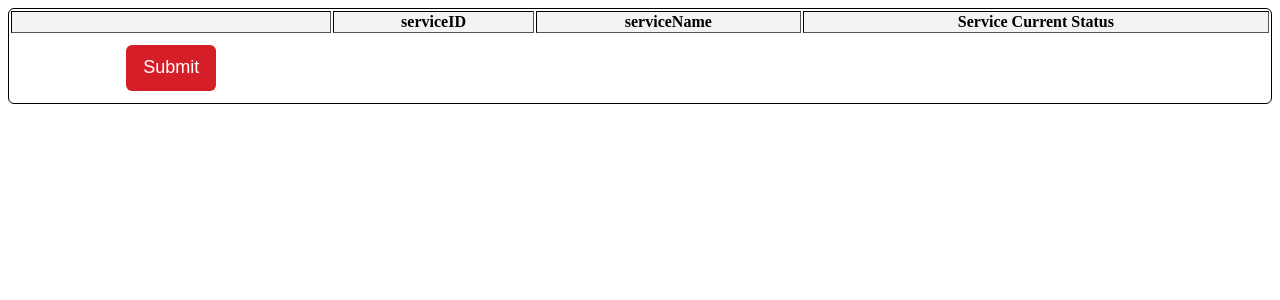
Repository: suma94/MyProjects
Page: http://localhost/SelfServiceSales/Display.jsp
An editor plug-in stored every save of this project. The page is shown before and after the next save, followed by the edit.
The browser window is 1280 px wide. The pictures show the whole page.
The page is served by Tomcat 9. Other server files are loaded and not shown.

Above is the page before, as saved 2015-08-26 04:40:50.

### SelfServiceSales/WebContent/Display.jsp
<%@ page language="java" contentType="text/html; charset=ISO-8859-1"
    pageEncoding="ISO-8859-1"%>
    <%@ taglib uri="http://java.sun.com/jsp/jstl/core" prefix="c" %>
<!DOCTYPE html PUBLIC "-//W3C//DTD HTML 4.01 Transitional//EN" "http://www.w3.org/TR/html4/loose.dtd">
<html>
<head>
<meta http-equiv="Content-Type" content="text/html; charset=ISO-8859-1">
<link rel="stylesheet" type="text/css" href="styles.css">
<title>Insert title here</title>

</head>
<body>
	<form action="SuspendComplete" method="post">
		<table class="vztable" border="1"  >
			<tr>
				<th><th>serviceID<th>serviceName<th>Service Current Status</th>
			</tr>
			<c:forEach var="e" items="${infols}">
			<tr>
				<td><input type="radio"  name="services" value="${e.service_id}"> </td>
				<td><c:out value="${e.service_id}"></c:out> </td>
				<td><c:out value="${e.service_name}"></c:out> </td>
				<td><c:out value="${e.service_current_status}"></c:out> </td>
			</tr>
			</c:forEach>
			<tr>
				<td><input type="submit" value="Submit" name="Suspend" class="vzbtn"></td>
			</tr>
		</table>
	</form>
</body>
</html>

### SelfServiceSales/WebContent/styles.css
.vz-standard-font
{
	font-family:arial;
}
.vzh1
{
	font-family:arial;
	font-style:bold;
	font-size:28px;
	color:#B00000;
}
.vzh2
{
	font-family:arial;
	font-style:bold;
	font-size:24px;
	color:#B00000;
}
.vzh3
{
	font-family:arial;
	font-style:bold;
	font-size:21.33px;
	color:#333333;
}
.vzh4
{
	font-family:arial;
	font-style:bold;
	font-size:18.66px;
	color:#333333;

}
.vzh5
{
	font-family:arial;
	font-style:bold;
	font-size:16px;
	color:#333333;
}
.vzh6
{
	font-family:arial;
	font-style:bold;
	font-size:14.66px;
	color:#333333;
}
.vzred
{
	color:#ED1C24;
}
.vzdarkgrey
{
	color:#595A5D;
}
.vzgrey
{
	color:#D2D3D4;
}
.vzlightgrey
{
	color:#ECEDEE;
}
.vzsecondary1
{
	color:rgb(115,185,176);
}
.vzsecondary2
{
	color:rgb(259,223,76);
}
.vzsecondary3
{
	color:rgb(74,154,77);
}.vzsecondary4
{
	color:rgb(46,103,178);
}
.vzsecondary5
{
	color:rgb(196,159,57);
}
.vzsecondary6
{
	color:rgb(210,102,159);
}
.vzsecondary7
{
	color:rgb(127,52,131);
}
.vzsecondary8
{
	color:rgb(49,149,169);
}
a.vzlink:link {
     font-family:Arial; color:#0066CC; text-decoration:underline;
}

/* visited link */
a.vzlink:visited {
  font-family:Arial; color:#990099; text-decoration:none;

}

/* mouse over link */
a .vzlink:hover {
   font-family:Arial; color:#0066CC; text-decoration:underline;
}

/* selected link */
a.vzlink:active {
font-family:Arial; color:#B00000; text-decoration:none;
}

.vzbtn {
  -webkit-border-radius: 6;
  -moz-border-radius: 6;
 padding: 10px 16px;
font-size: 18px;
line-height: 1.33333;
border-radius: 6px;
margin-bottom: 0px;
font-weight: 400;
text-align: center;
white-space: nowrap;
vertical-align: middle;
cursor: pointer;
-moz-user-select: none;
background-image: none;
border: 1px solid transparent;

  font-family: Arial;
  color: #ffffff;

  background: #d51e27;

  text-decoration: none;
}
.vzbtn:focus {outline:0;}

.vzbtn:hover {
  text-decoration: none;
}
.vzbtnsmall {
  -webkit-border-radius: 3;
  -moz-border-radius: 3;
  padding: 5px 10px;
    padding-top: 5px;
    padding-right: 10px;
    padding-bottom: 5px;
    padding-left: 10px;
font-size: 12px;
line-height: 1.5;
border-radius: 3px;
display: inline-block;
margin-bottom: 0px;
font-weight: 400;
text-align: center;
white-space: nowrap;
vertical-align: middle;
cursor: pointer;
-moz-user-select: none;
background-image: none;
border: 1px solid transparent;

  font-family: Arial;
  color: #ffffff;

  background: #d51e27;

  text-decoration: none;
}
.vzbtnsmall:focus {outline:0;}

.vzbtnsmall:hover {
  text-decoration: none;
}
.vzbtnmedium {
	padding: 6px 12px;
margin-bottom: 0px;
font-size: 14px;
font-weight: 400;
line-height: 1.42857;
text-align: center;
white-space: nowrap;
vertical-align: middle;
cursor: pointer;
-moz-user-select: none;
background-image: none;
border: 1px solid transparent;
border-radius: 4px;
  -webkit-border-radius: 4;
  -moz-border-radius: 4;



  font-family: Arial;
  color: #ffffff;

  background: #d51e27;

  text-decoration: none;
}
.vzbtnmedium:focus {outline:0;}

.vzbtnmedium:hover {
  text-decoration: none;
}
.vzbtnxsmall {
	padding: 1px 5px;
    padding-top: 1px;
    padding-right: 5px;
    padding-bottom: 1px;
    padding-left: 5px;
font-size: 12px;
line-height: 1.5;
border-radius: 3px;
	display: inline-block;
margin-bottom: 0px;
font-weight: 400;
text-align: center;
white-space: nowrap;
vertical-align: middle;
cursor: pointer;
-moz-user-select: none;
background-image: none;
border: 1px solid transparent;

border-radius: 3px;
  -webkit-border-radius: 3;
  -moz-border-radius: 3;



  font-family: Arial;
  color: #ffffff;

  background: #d51e27;

  text-decoration: none;
}
.vzbtnxsmall:focus {outline:0;}

.vzbtnxsmall:hover {
  text-decoration: none;
}
.vzbtn1{
  -webkit-border-radius: 6;
  -moz-border-radius: 6;
 padding: 10px 16px;
font-size: 18px;
line-height: 1.33333;
border-radius: 6px;
margin-bottom: 0px;
font-weight: 400;
text-align: center;
white-space: nowrap;
vertical-align: middle;
cursor: pointer;
-moz-user-select: none;
background-image: none;
border: 1px solid transparent;

  font-family: Arial;
  color: #ffffff;

  background: #464a4f;

  text-decoration: none;
}
.vzbtn1:focus {outline:0;}

.vzbtn1:hover {
  text-decoration: none;
}
.vzbtn1small {
  -webkit-border-radius: 3;
  -moz-border-radius: 3;
  padding: 5px 10px;
    padding-top: 5px;
    padding-right: 10px;
    padding-bottom: 5px;
    padding-left: 10px;
font-size: 12px;
line-height: 1.5;
border-radius: 3px;
display: inline-block;
margin-bottom: 0px;
font-weight: 400;
text-align: center;
white-space: nowrap;
vertical-align: middle;
cursor: pointer;
-moz-user-select: none;
background-image: none;
border: 1px solid transparent;

  font-family: Arial;
  color: #ffffff;

  background: #464a4f;

  text-decoration: none;
}
.vzbtn1small:focus {outline:0;}

.vzbtn1small:hover {
  text-decoration: none;
}
.vzbtn1medium {
	padding: 6px 12px;
margin-bottom: 0px;
font-size: 14px;
font-weight: 400;
line-height: 1.42857;
text-align: center;
white-space: nowrap;
vertical-align: middle;
cursor: pointer;
-moz-user-select: none;
background-image: none;
border: 1px solid transparent;
border-radius: 4px;
  -webkit-border-radius: 4;
  -moz-border-radius: 4;



  font-family: Arial;
  color: #ffffff;

  background: #464a4f;

  text-decoration: none;
}
.vzbtn1medium:focus {outline:0;}

.vzbtn1medium:hover {
  text-decoration: none;
}
.vzbtn1xsmall {
	padding: 1px 5px;
    padding-top: 1px;
    padding-right: 5px;
    padding-bottom: 1px;
    padding-left: 5px;
font-size: 12px;
line-height: 1.5;
border-radius: 3px;
	display: inline-block;
margin-bottom: 0px;
font-weight: 400;
text-align: center;
white-space: nowrap;
vertical-align: middle;
cursor: pointer;
-moz-user-select: none;
background-image: none;
border: 1px solid transparent;

border-radius: 3px;
  -webkit-border-radius: 3;
  -moz-border-radius: 3;



  font-family: Arial;
  color: #ffffff;

  background: #464a4f;

  text-decoration: none;
}
.vzbtn1xsmall:focus {outline:0;}

.vzbtnx1small:hover {
  text-decoration: none;
}


.vzbtn2{
  -webkit-border-radius: 7;
  -moz-border-radius: 7;
  border-radius: 7px;

  font-family: Arial;
  color: #818181;
  font-size: 14px;
  background: #e3e6e5;
  padding: 10px 20px 10px 20px;
  text-decoration: none;
}
.vzbtn2:focus {outline:0;}
.vzbtn2:hover {
  text-decoration: none;
}
.vzbtn2{
  -webkit-border-radius: 6;
  -moz-border-radius: 6;
 padding: 10px 16px;
font-size: 18px;
line-height: 1.33333;
border-radius: 6px;
margin-bottom: 0px;
font-weight: 400;
text-align: center;
white-space: nowrap;
vertical-align: middle;
cursor: pointer;
-moz-user-select: none;
background-image: none;
border: 1px solid transparent;

  font-family: Arial;
  color: #ffffff;

  background: #e3e6e5;

  text-decoration: none;
}
.vzbtn2:focus {outline:0;}

.vzbtn2:hover {
  text-decoration: none;
}
.vzbtn2small {
  -webkit-border-radius: 3;
  -moz-border-radius: 3;
  padding: 5px 10px;
    padding-top: 5px;
    padding-right: 10px;
    padding-bottom: 5px;
    padding-left: 10px;
font-size: 12px;
line-height: 1.5;
border-radius: 3px;
display: inline-block;
margin-bottom: 0px;
font-weight: 400;
text-align: center;
white-space: nowrap;
vertical-align: middle;
cursor: pointer;
-moz-user-select: none;
background-image: none;
border: 1px solid transparent;

  font-family: Arial;
  color: #ffffff;

  background: #e3e6e5;

  text-decoration: none;
}
.vzbtn2small:focus {outline:0;}

.vzbtn2small:hover {
  text-decoration: none;
}
.vzbtn2medium {
	padding: 6px 12px;
margin-bottom: 0px;
font-size: 14px;
font-weight: 400;
line-height: 1.42857;
text-align: center;
white-space: nowrap;
vertical-align: middle;
cursor: pointer;
-moz-user-select: none;
background-image: none;
border: 1px solid transparent;
border-radius: 4px;
  -webkit-border-radius: 4;
  -moz-border-radius: 4;



  font-family: Arial;
  color: #ffffff;

  background: #e3e6e5;

  text-decoration: none;
}
.vzbtn2medium:focus {outline:0;}

.vzbtn2medium:hover {
  text-decoration: none;
}
.vzbtn2xsmall {
	padding: 1px 5px;
    padding-top: 1px;
    padding-right: 5px;
    padding-bottom: 1px;
    padding-left: 5px;
font-size: 12px;
line-height: 1.5;
border-radius: 3px;
	display: inline-block;
margin-bottom: 0px;
font-weight: 400;
text-align: center;
white-space: nowrap;
vertical-align: middle;
cursor: pointer;
-moz-user-select: none;
background-image: none;
border: 1px solid transparent;

border-radius: 3px;
  -webkit-border-radius: 3;
  -moz-border-radius: 3;



  font-family: Arial;
  color: #ffffff;

  background: #e3e6e5;

  text-decoration: none;
}
.vzbtn2xsmall:focus {outline:0;}

.vzbtnx2small:hover {
  text-decoration: none;
}

.vztext {
  display: inline-block;
  -webkit-box-sizing: content-box;
  -moz-box-sizing: content-box;
  box-sizing: content-box;
  padding: 10px 20px;
  border: 1px solid #b7b7b7;
  -webkit-border-radius: 3px;
  border-radius: 3px;
  font: normal 14px/normal Arial, Helvetica, sans-serif;
  color: rgba(40,40,40,1);
  -o-text-overflow: clip;
  text-overflow: clip;
  background: #ecf0f1;
  -webkit-box-shadow: 2px 2px 2px 0 rgba(0,0,0,0.2) inset;
  box-shadow: 2px 2px 2px 0 rgba(0,0,0,0.2) inset;
  text-shadow: 1px 1px 0 rgba(255,255,255,0.66) ;
  -webkit-transition: all 200ms cubic-bezier(0.42, 0, 0.58, 1);
  -moz-transition: all 200ms cubic-bezier(0.42, 0, 0.58, 1);
  -o-transition: all 200ms cubic-bezier(0.42, 0, 0.58, 1);
  transition: all 200ms cubic-bezier(0.42, 0, 0.58, 1);
}

.vztextarea
{

background:#ecf0f1;
color: rgba(40,40,40,1);
border:1px solid #DCDCDC;
border-radius:2px ;
font-size:12px ;
width: 222px ;
padding: 2px ;
box-shadow: 2px 2px 2px 0 rgba(0,0,0,0.2) inset;
-webkit-box-shadow: -2px 0px 8px #DCDCDC;
-moz-box-shadow: -2px 0px 8px #DCDCDC;
}
.vztextarea:focus, input:focus{
    outline: 0;
}
.vztable {
	margin:0px;padding:0px;
	width:100%;
	border:1px solid #000000;

	-moz-border-radius-bottomleft:6px;
	-webkit-border-bottom-left-radius:6px;
	border-bottom-left-radius:6px;

	-moz-border-radius-bottomright:6px;
	-webkit-border-bottom-right-radius:6px;
	border-bottom-right-radius:6px;

	-moz-border-radius-topright:6px;
	-webkit-border-top-right-radius:6px;
	border-top-right-radius:6px;

	-moz-border-radius-topleft:6px;
	-webkit-border-top-left-radius:6px;
	border-top-left-radius:6px;
}.vztable table{
    border-collapse: collapse;
        border-spacing: 0;
	width:100%;
	height:100%;
	margin:0px;padding:0px;
}.vztable tr:last-child td:last-child {
	-moz-border-radius-bottomright:6px;
	-webkit-border-bottom-right-radius:6px;
	border-bottom-right-radius:6px;
}
.vztable table tr:first-child td:first-child {
	-moz-border-radius-topleft:6px;
	-webkit-border-top-left-radius:6px;
	border-top-left-radius:6px;
}
.vztable table tr:first-child td:last-child {
	-moz-border-radius-topright:6px;
	-webkit-border-top-right-radius:6px;
	border-top-right-radius:6px;
}.vztable tr:last-child td:first-child{
	-moz-border-radius-bottomleft:6px;
	-webkit-border-bottom-left-radius:6px;
	border-bottom-left-radius:6px;
}.vztable tr:hover td{

}
.vztable tr:nth-child(odd){ background-color:#f3f3f5; }
.vztable tr:nth-child(even)    { background-color:#ffffff; }.vztable td{
	vertical-align:middle;


	border:1px solid #000000;
	border-width:0px 1px 1px 0px;
	text-align:center;
	padding:10px;
	font-size:13px;
	font-family:Arial;
	font-weight:normal;
	color:#000000;
}.vztable tr:last-child td{
	border-width:0px 1px 0px 0px;
}.vztable tr td:last-child{
	border-width:0px 0px 1px 0px;
}.vztable tr:last-child td:last-child{
	border-width:0px 0px 0px 0px;
}
.vztable tr:first-child td{
		background:-o-linear-gradient(bottom, #595a5d 5%, #595a5d 100%);	background:-webkit-gradient( linear, left top, left bottom, color-stop(0.05, #595a5d), color-stop(1, #595a5d) );
	background:-moz-linear-gradient( center top, #595a5d 5%, #595a5d 100% );
	filter:progid:DXImageTransform.Microsoft.gradient(startColorstr="#595a5d", endColorstr="#595a5d");	background: -o-linear-gradient(top,#595a5d,595a5d);

	background-color:#595a5d;
	border:0px solid #000000;
	text-align:center;
	border-width:0px 0px 1px 1px;
	font-size:14px;
	font-family:Arial;
	font-weight:bold;
	color:#ffffff;
}
.vztable tr:first-child:hover td{
	background:-o-linear-gradient(bottom, #595a5d 5%, #595a5d 100%);	background:-webkit-gradient( linear, left top, left bottom, color-stop(0.05, #595a5d), color-stop(1, #595a5d) );
	background:-moz-linear-gradient( center top, #595a5d 5%, #595a5d 100% );
	filter:progid:DXImageTransform.Microsoft.gradient(startColorstr="#595a5d", endColorstr="#595a5d");	background: -o-linear-gradient(top,#595a5d,595a5d);

	background-color:#595a5d;
}
.vztable tr:first-child td:first-child{
	border-width:0px 0px 1px 0px;
}
.vztable tr:first-child td:last-child{
	border-width:0px 0px 1px 1px;
}

.vztable1 {
	margin:0px;padding:0px;
	width:100%;
	border:1px solid #000000;

	-moz-border-radius-bottomleft:6px;
	-webkit-border-bottom-left-radius:6px;
	border-bottom-left-radius:6px;

	-moz-border-radius-bottomright:6px;
	-webkit-border-bottom-right-radius:6px;
	border-bottom-right-radius:6px;

	-moz-border-radius-topright:6px;
	-webkit-border-top-right-radius:6px;
	border-top-right-radius:6px;

	-moz-border-radius-topleft:6px;
	-webkit-border-top-left-radius:6px;
	border-top-left-radius:6px;
}.vztable1 table{
    border-collapse: collapse;
        border-spacing: 0;
	width:100%;
	height:100%;
	margin:0px;padding:0px;
}.vztable1 tr:last-child td:last-child {
	-moz-border-radius-bottomright:6px;
	-webkit-border-bottom-right-radius:6px;
	border-bottom-right-radius:6px;
}
.vztable1 table tr:first-child td:first-child {
	-moz-border-radius-topleft:6px;
	-webkit-border-top-left-radius:6px;
	border-top-left-radius:6px;
}
.vztable1 table tr:first-child td:last-child {
	-moz-border-radius-topright:6px;
	-webkit-border-top-right-radius:6px;
	border-top-right-radius:6px;
}.vztable1 tr:last-child td:first-child{
	-moz-border-radius-bottomleft:6px;
	-webkit-border-bottom-left-radius:6px;
	border-bottom-left-radius:6px;
}.vztable1 tr:hover td{

}
.vztable1 tr:nth-child(odd){ background-color:#f3f3f5; }
.vztable1 tr:nth-child(even)    { background-color:#ffffff; }.vztable1 td{
	vertical-align:middle;


	border:1px solid #000000;
	border-width:0px 1px 1px 0px;
	text-align:center;
	padding:10px;
	font-size:13px;
	font-family:Arial;
	font-weight:normal;
	color:#000000;
}.vztable1 tr:last-child td{
	border-width:0px 1px 0px 0px;
}.vztable1 tr td:last-child{
	border-width:0px 0px 1px 0px;
}.vztable1 tr:last-child td:last-child{
	border-width:0px 0px 0px 0px;
}
.vztable1 tr:first-child td{
		/* background:-o-linear-gradient(bottom, #595a5d 5%, #595a5d 100%);	background:-webkit-gradient( linear, left top, left bottom, color-stop(0.05, #595a5d), color-stop(1, #595a5d) );
	background:-moz-linear-gradient( center top, #595a5d 5%, #595a5d 100% ); */
	filter:progid:DXImageTransform.Microsoft.gradient(startColorstr="#595a5d", endColorstr="#595a5d");	background: -o-linear-gradient(top,#595a5d,595a5d);


	border:0px solid #000000;
	text-align:center;
	border-width:0px 0px 1px 1px;
	font-size:14px;
	font-family:Arial;


}
/* .vztable1 tr:first-child:hover td{
	background:-o-linear-gradient(bottom, #595a5d 5%, #595a5d 100%);	background:-webkit-gradient( linear, left top, left bottom, color-stop(0.05, #595a5d), color-stop(1, #595a5d) );
	background:-moz-linear-gradient( center top, #595a5d 5%, #595a5d 100% );
	filter:progid:DXImageTransform.Microsoft.gradient(startColorstr="#595a5d", endColorstr="#595a5d");	background: -o-linear-gradient(top,#595a5d,595a5d);

	background-color:#595a5d;
} */
.vztable1 tr:first-child td:first-child{
	border-width:0px 0px 1px 0px;
}
.vztable1 tr:first-child td:last-child{
	border-width:0px 0px 1px 1px;
}


.vzresponsive-container { position: relative; padding-bottom: 56.25%; padding-top: 30px; height: 0; overflow: hidden; }

.vzresponsive-container iframe { position: absolute; top: 0; left: 0; width: 100%; height: 100%; }
.vzlogoContainer {
  width: 20%;
}
.vzlogoContainer img {
max-width: 100%;
}
input[type=radio], input[type=checkbox] {
	    display:none;
	}
input[type=radio] + label:before {
	    content: "";
	    display: inline-block;
	    width: 15px;
	    height: 15px;
	    vertical-align:middle;
	    margin-right: 8px;
	    background-color: #aaa;
	    box-shadow: inset 0px 2px 2px rgba(0, 0, 0, .3);
	    border-radius: 8px;
	}
input[type=checkbox] + label:before {
	    content: "";
	    display: inline-block;
	    width: 15px;
	    height: 15px;
	    vertical-align:middle;
	    margin-right: 8px;
	    background-color: #aaa;
	    box-shadow: inset 0px 2px 2px rgba(0, 0, 0, .3);
	    border-radius: 4px;
	}
input[type=radio]:checked + label:before {
		content: "\2022";
		color:white;
	    background-color: #666;
		font-size:1.8em;
		text-align:center;
		line-height:14px;
		text-shadow:0px 0px 3px #eee;
	}
input[type=checkbox]:checked + label:before {
		content:"\2714";
		color:white;
	    background-color: #666;
		text-align:center;
		line-height:15px;
	    text-shadow:0px 0px 3px #eee;
	}
	.vznavbar-inverse
	{
		background-color: #FFFFFF;
		}
.vznavbar-inverse .vznavbar-nav>.vzactive>a:hover,
.vznavbar-inverse .vznavbar-nav>li>a:hover,
.vznavbar-inverse .vznavbar-nav>li>a:focus
 {
	 background-color: #FFFFFF;
	 }
.vznavbar-inverse .vznavbar-nav>.vzactive>a,
.vznavbar-inverse .vznavbar-nav>.vzopen>a,
.vznavbar-inverse .vznavbar-nav>.vzopen>a,
.vznavbar-inverse .vznavbar-nav>.vzopen>a:hover,
.vznavbar-inverse .vznavbar-nav>.vzopen>a,
.vznavbar-inverse .vznavbar-nav>.vzopen>a:hover,
.vznavbar-inverse .vznavbar-nav>.vzopen>a:focus
{
	background-color: #FFFFFF;
	}
.vzdropdown-menu
{
	background-color: #D2D3D4;
	}
.vzdropdown-menu>li>a:hover,
.vzdropdown-menu>li>a:focus
{
	background-color: #080808;
	}
.vznavbar-inverse
{
	background-image: none;
	}
.vzdropdown-menu>li>a:hover,
.vzdropdown-menu>li>a:focus
{
	background-image: none;
	}
.vznavbar-inverse {
	border-color: #d2d3d4;
	}
.vznavbar-inverse .vznavbar-brand
{
	color: #994812;
	}
.vznavbar-inverse .vznavbar-brand:hover {
	color: #ED1C24
	}
.vznavbar-inverse .vznavbar-nav>li>a
{
	color: #080808;
	}
.vznavbar-inverse .vznavbar-nav>li>a:hover,
.vznavbar-inverse .vznavbar-nav>li>a:focus
{
	color: #ED1C24;
	}
.vznavbar-inverse .vznavbar-nav>.vzactive>a,
.vznavbar-inverse .vznavbar-nav>.vzopen>a,
.vznavbar-inverse .vznavbar-nav>.vzopen>a:hover,
.vznavbar-inverse .vznavbar-nav>.vzopen>a:focus
{
	color: #ED1C24;
	}
.vznavbar-inverse .vznavbar-nav>.vzactive>a:hover,
.vznavbar-inverse .vznavbar-nav>.vzactive>a:focus
{
	color: #ED1C24;
	}
.vzdropdown-menu>li>a
{
color: #080808;
}
.vzdropdown-menu>li>a:hover,
.vzdropdown-menu>li>a:focus
{
	color: #FFFFFF;
}
.vznavbar-inverse .vznavbar-nav>.vzdropdown>a .vzcaret
{
	border-top-color: #080808;
	}
.vznavbar-inverse .vznavbar-nav>.vzdropdown>a:hover .vzcaret
 {
	 border-top-color: #ED1C24;
	 }
.vznavbar-inverse .vznavbar-nav>.vzdropdown>a .vzcaret
{
	border-bottom-color: #080808;
	}
.vznavbar-inverse .vznavbar-nav>.vzdropdown>a:hover .vzcaret
{
	border-bottom-color: #ED1C24;
	}

.inputwrap label {
    display: inline-block;
    width: 100px;
    text-align: right;
}
.select-style {
    /* border: 1px solid #ccc; */
    width: 120px;
    border-radius: 3px;
    overflow: hidden;
    background:  url("menu-icon.png") no-repeat 90% 50%;
	background-color:#d2d3d4;
}

.select-style select {
    padding: 5px 8px;
    width: 130%;
    border: none;
    box-shadow: none;
    background:transparent;
    background-image: none;
    -webkit-appearance: none;
}


.select-style select:focus {
    outline: none;
}

.wrapper         {width:100%;height:100%;margin:0 auto;background:#ffffff}
.h_iframe        {position:relative;}
.h_iframe .ratio {display:block;width:100%;height:auto;}
.h_iframe iframe {position:absolute;top:0;left:0;width:100%; height:100%;}

After the next save:
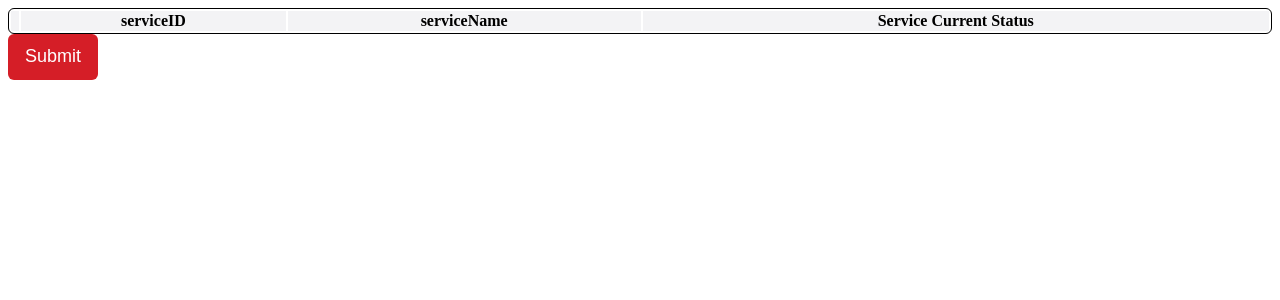
Saved 66 s later.
--- a/SelfServiceSales/WebContent/Display.jsp
+++ b/SelfServiceSales/WebContent/Display.jsp
@@ -11,7 +11,7 @@
 </head>
 <body>
 	<form action="SuspendComplete" method="post">
-		<table class="vztable" border="1"  >
+		<table class="vztable"   >
 			<tr>
 				<th><th>serviceID<th>serviceName<th>Service Current Status</th>
 			</tr>
@@ -23,10 +23,11 @@
 				<td><c:out value="${e.service_current_status}"></c:out> </td>
 			</tr>
 			</c:forEach>
+			</table>
 			<tr>
 				<td><input type="submit" value="Submit" name="Suspend" class="vzbtn"></td>
 			</tr>
-		</table>
+
 	</form>
 </body>
 </html>
